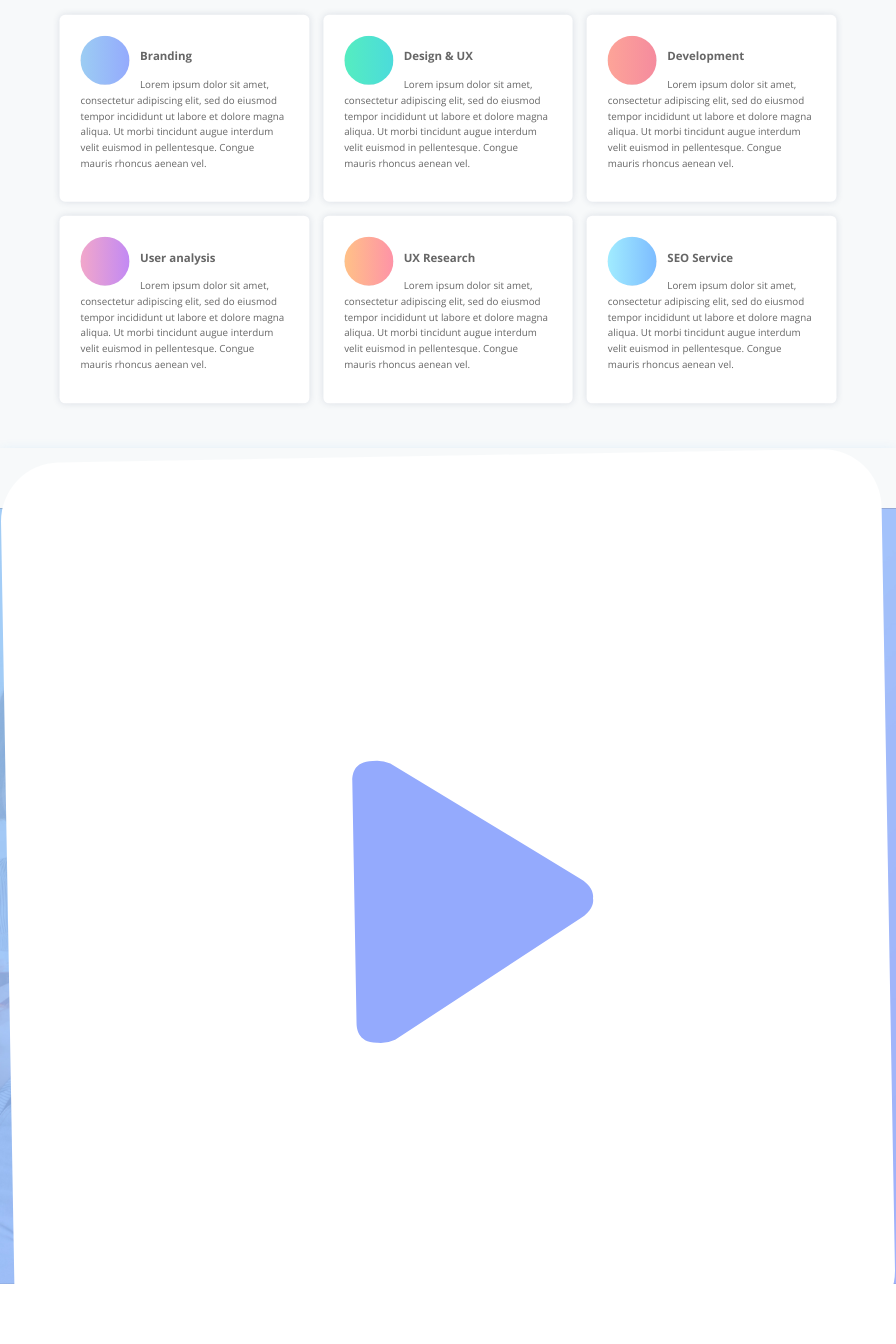
Repository: Sc-Juju/CodeRad
Page: index.html
These files come from the project's save history. The page is drawn as it stood at one moment and after the next save; the edit follows.
The browser window is 1280 px wide. The pictures show the part of the page from y = 953 to 2873 px (the page is 2873 px tall before and 2684 px after), at 70% of full size.

Above is the page before, as saved 2022-11-10 14:45:30.

After the next save:
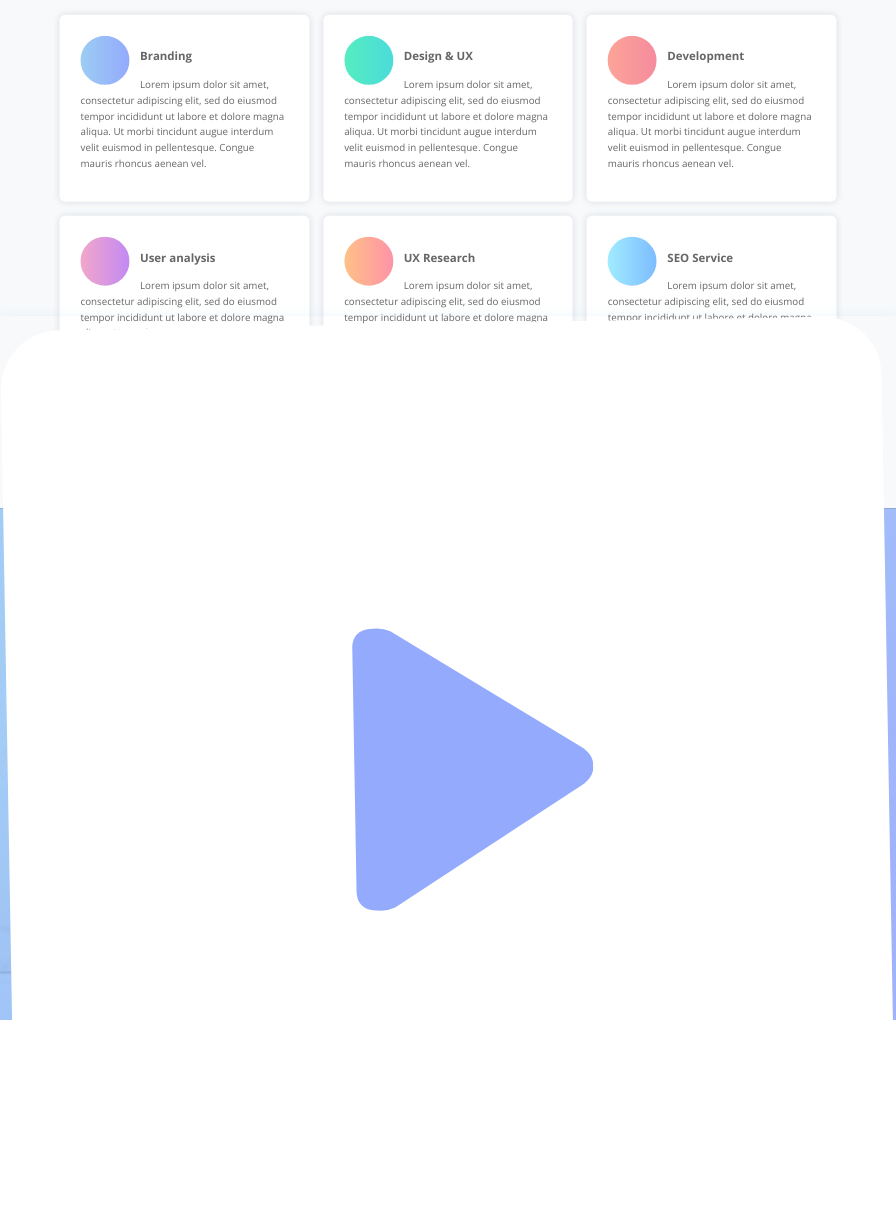
Saved 2 min 59 s later.
--- a/css/styles.css
+++ b/css/styles.css
@@ -138,3 +138,7 @@ span.bg-color-6 {background-image: linear-gradient(90deg, #a1ecff 0%, #7dbcff 10
     height: var(--size-100);
     width: var(--size-100);
 }
+.video-box{
+    max-width: 600px;
+    border-radius: 8px;
+}
